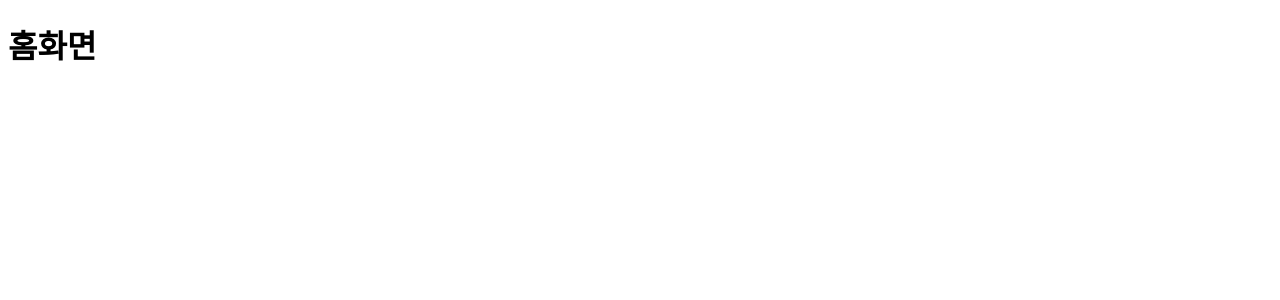
Repository: pyeonm30/PYMjspWorkspace
Page: http://localhost/basicJSP/05_member_login/03_21loginForm.jsp
The author's editor kept a copy of each file at every save. The page is drawn from the files as they stood at one save, then again after the next save.
The browser window is 1280 px wide. The pictures show the whole page.
The page is served by Tomcat 9. The session is filled in as if someone had signed in: {"log": 1}. Other server files are loaded and not shown.

Above is the page before, as saved 2024-01-31 01:05:17.

### basicJSP/src/main/webapp/05_member_login/03_21loginForm.jsp
<%@ page language="java" contentType="text/html; charset=UTF-8"
    pageEncoding="UTF-8"%>
<%
  if(session.getAttribute("log")== null){
	  response.sendRedirect("index.jsp");
  }
%>
<!DOCTYPE html>
<html>
<head>
<meta charset="UTF-8">
<title>Insert title here</title>
</head>
<body>
<h1> 홈화면 </h1>
</body>
</html>

After the next save:
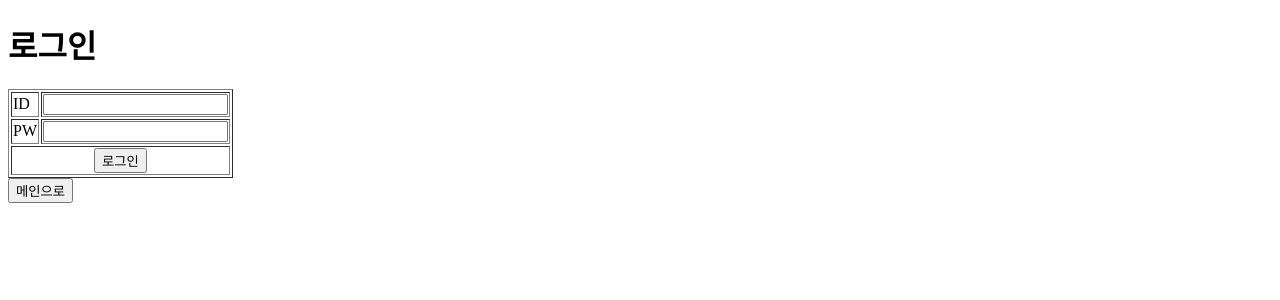
Saved 25 s later.
--- a/basicJSP/src/main/webapp/05_member_login/03_21loginForm.jsp
+++ b/basicJSP/src/main/webapp/05_member_login/03_21loginForm.jsp
@@ -12,6 +12,17 @@
 <title>Insert title here</title>
 </head>
 <body>
-<h1> 홈화면 </h1>
+<h1> 로그인 </h1>
+<form action="03_22loginPro.jsp">
+<table border="1">
+		<tr><td> ID </td><td><input type="text" name="id"></td></tr>
+		<tr><td> PW </td><td><input type="text" name="pw"></td></tr>
+		<tr><td colspan = "2" align="center" id="submit"><input type="submit" value="로그인"></td></tr>
+	</table>
+
+	<input type="button" value="메인으로" id="btn" onclick="location.href='02_main.jsp'" />
+
+</form>
+
 </body>
 </html>
